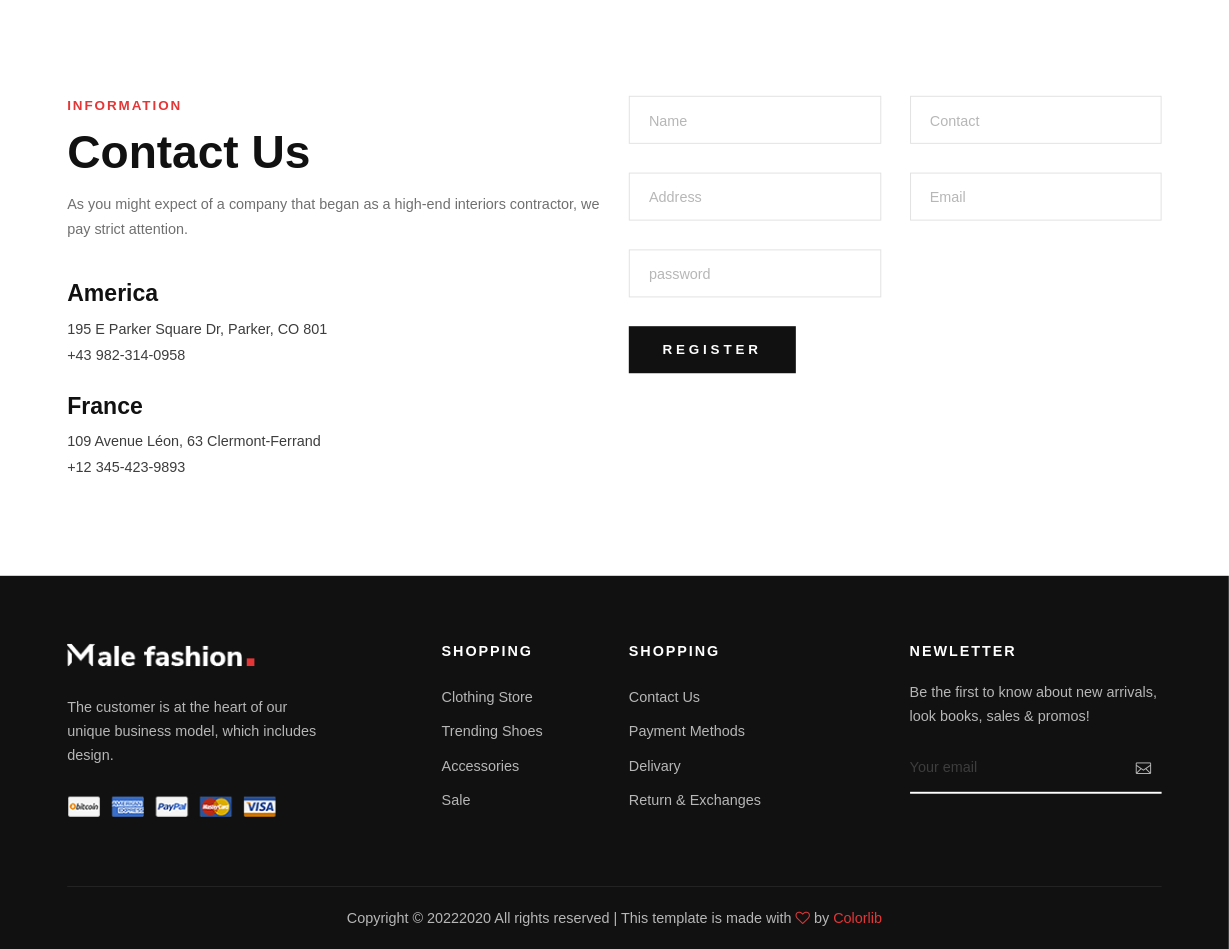
Repository: ArpanJain5/projects
Page: http://localhost/male_fashion/seller-login.jsp
These files come from the project's save history. The page is drawn as it stood at one moment and after the next save; the edit follows.
The browser window is 1280 px wide. The pictures show the part of the page from y = 630 to 1619 px (the page is 1619 px tall), at 96% of full size.
Some web fonts or font styles are not loaded; a fallback is used. The page is served by Tomcat 9.

Above is the page before, as saved 2022-07-23 10:35:28.

After the next save:
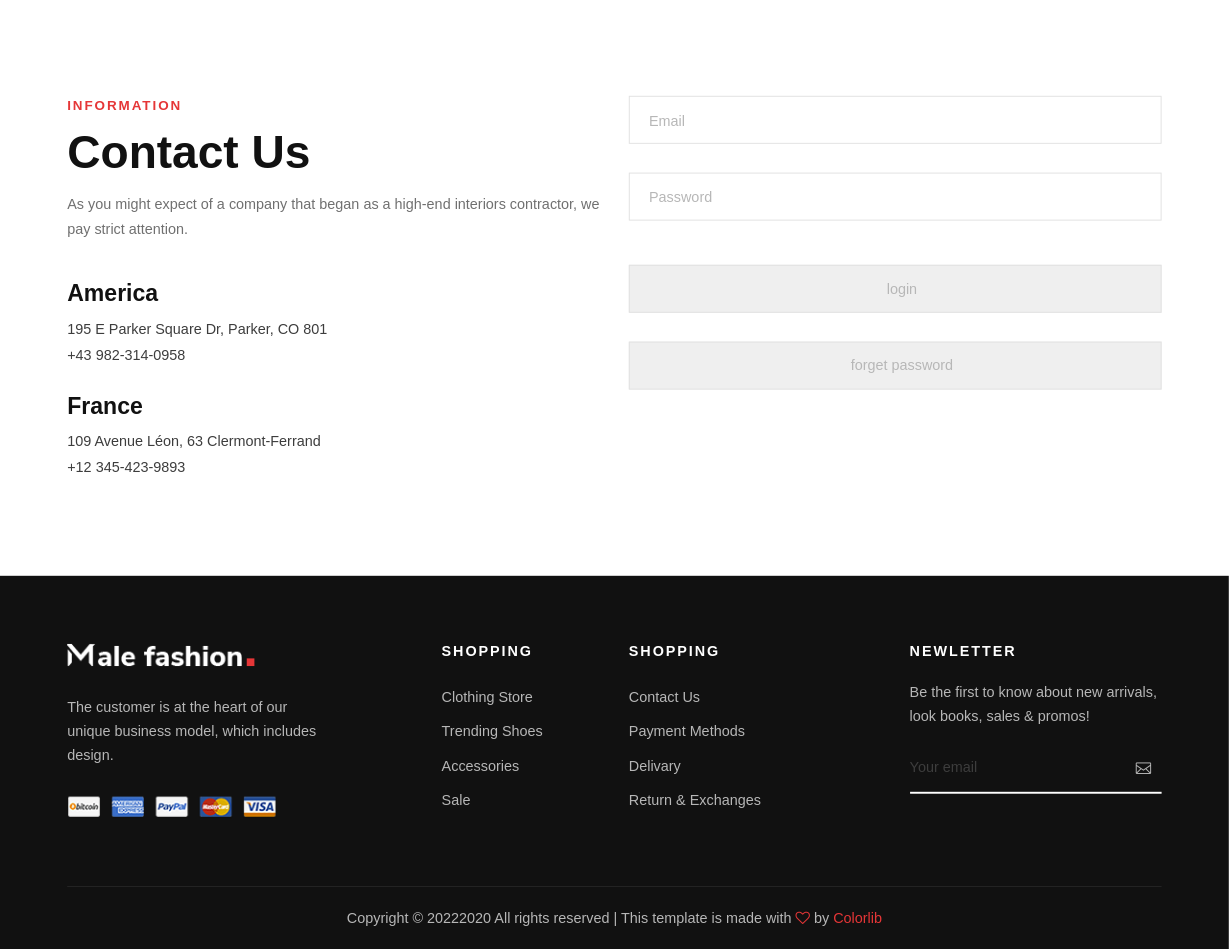
Saved 90 s later.
--- a/male fashion/src/main/webapp/seller-login.jsp
+++ b/male fashion/src/main/webapp/seller-login.jsp
@@ -178,27 +178,14 @@
                 <div class="col-lg-6 col-md-6">
                     <div class="contact__form">
                         <form action="SellerController" method="post">
-                            <div class="row">
-                                <div class="col-lg-6">
-                                    <input type="text" placeholder="Name" name="name">
-                                </div>
-                                <div class="col-lg-6">
-                                    <input type="text" placeholder="Contact" name="contact">
-                                </div>
-                                <div class="col-lg-6">
-                                    <input type="text" placeholder="Address" name="address">
-                                </div>
-                                <div class="col-lg-6">
-                                    <input type="text" placeholder="Email" name="email">
-                                </div>
-                                <div class="col-lg-6">
-                                    <input type="password" placeholder="password" name="password">
-                                </div>
-                                <div class="col-lg-12">
-                                    <button type="submit" name="action" value="register" class="site-btn">Register</button>
-                                </div>
-                            </div>
-                        </form>
+                        <input type="email" class="email" name="email" placeholder="Email" required="">
+                        <input type="password" name="password" placeholder="Password" required="">
+                        <div class="read mt-3">
+                            <input type="submit" value="login" name="action">
+                        </div>
+                        <input name="action" type="submit" value="forget password">
+                        ${msg }
+                    </form>
                     </div>
                 </div>
             </div>
